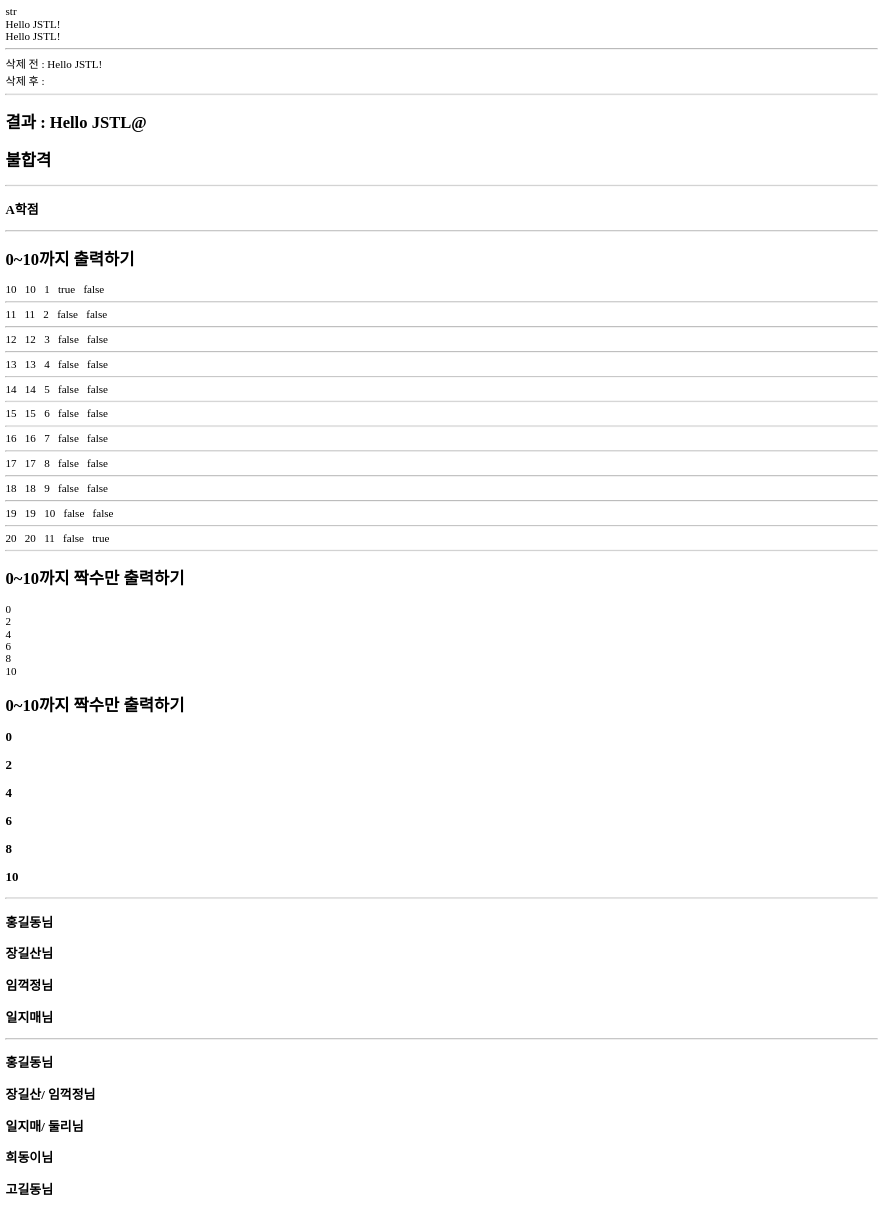
Repository: wjsjsn/23_jspstudy
Page: http://localhost/02_jsp/view/ex13_JSTL.jsp
An editor plug-in stored every save of this project. The page is shown before and after the next save, followed by the edit.
The browser window is 1280 px wide. The pictures show the whole page, at 69% of full size.
The page is served by Tomcat 9.

Above is the page before, as saved 2023-07-06 01:21:24.

After the next save:
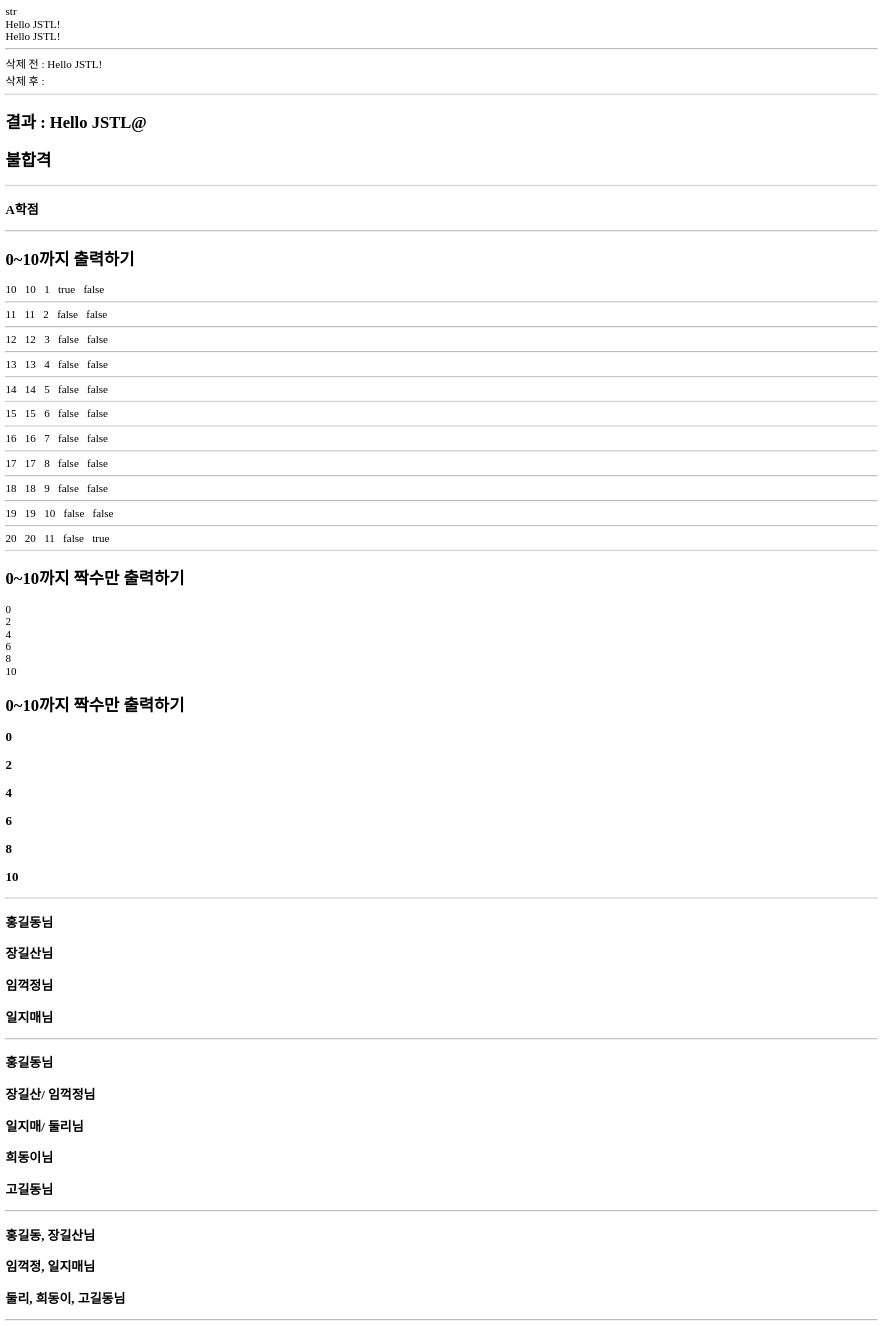
Saved 29 s later.
--- a/02_jsp/src/main/webapp/view/ex13_JSTL.jsp
+++ b/02_jsp/src/main/webapp/view/ex13_JSTL.jsp
@@ -129,7 +129,13 @@
  	   --%>
  	   <c:set var="arr_2" value="홍길동, 장길산/ 임꺽정, 일지매/ 둘리, 희동이, 고길동" />
  	  <c:forTokens items="${arr_2}" delims="," var="k">
- 	  		<h3>${k}님 <br></h3>
+ 	  		<h3>${k}님</h3>
  	  </c:forTokens>
+ 	  <hr>
+
+ 	  <c:forTokens items="${arr_2}" delims="/" var="k">
+ 	  		<h3>${k}님</h3>
+ 	  </c:forTokens>
+ 	  <hr>
 </body>
 </html>
